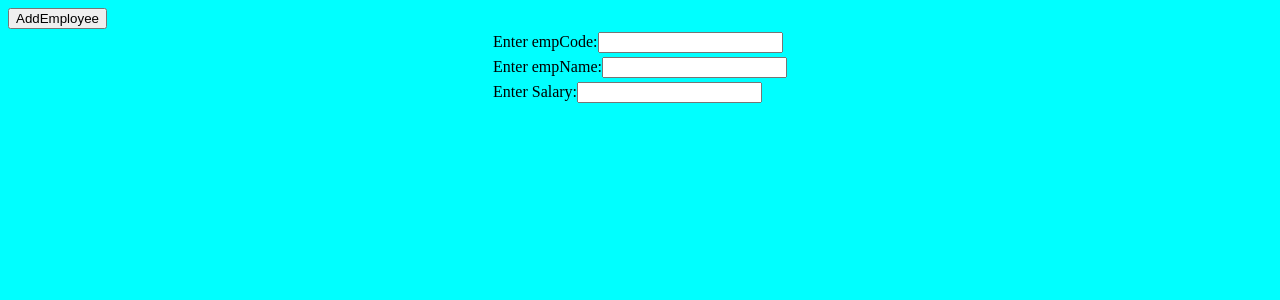
Repository: SravyaChunduri/workspace
Page: http://localhost/DAY15_DAO_/AddEmployee.jsp
These files come from the project's save history. The page is drawn as it stood at one moment and after the next save; the edit follows.
The browser window is 1280 px wide. The pictures show the whole page.
The page is served by Tomcat 9.

Above is the page before, as saved 2015-08-11 07:19:29.

After the next save:
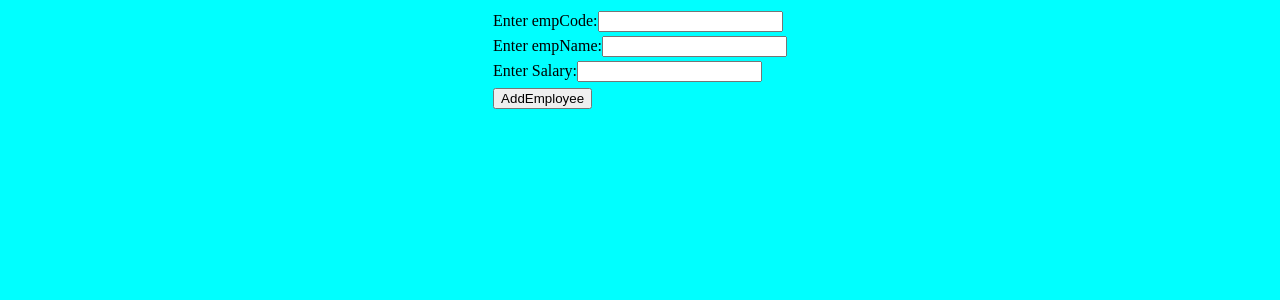
Saved 12 s later.
--- a/DAY15(DAO)/WebContent/AddEmployee.jsp
+++ b/DAY15(DAO)/WebContent/AddEmployee.jsp
@@ -12,7 +12,7 @@
 <tr><td>Enter empCode:<input type="text" name="empCode"></td></tr>
 <tr><td>Enter empName:<input type="text" name="empName"></td></tr>
 <tr><td>Enter Salary:<input type="text" name="salary"></td><tr>
-<input type="submit" value="AddEmployee">
+<tr><td><input type="submit" value="AddEmployee"></td></tr>
 </table>
 </form>
 
